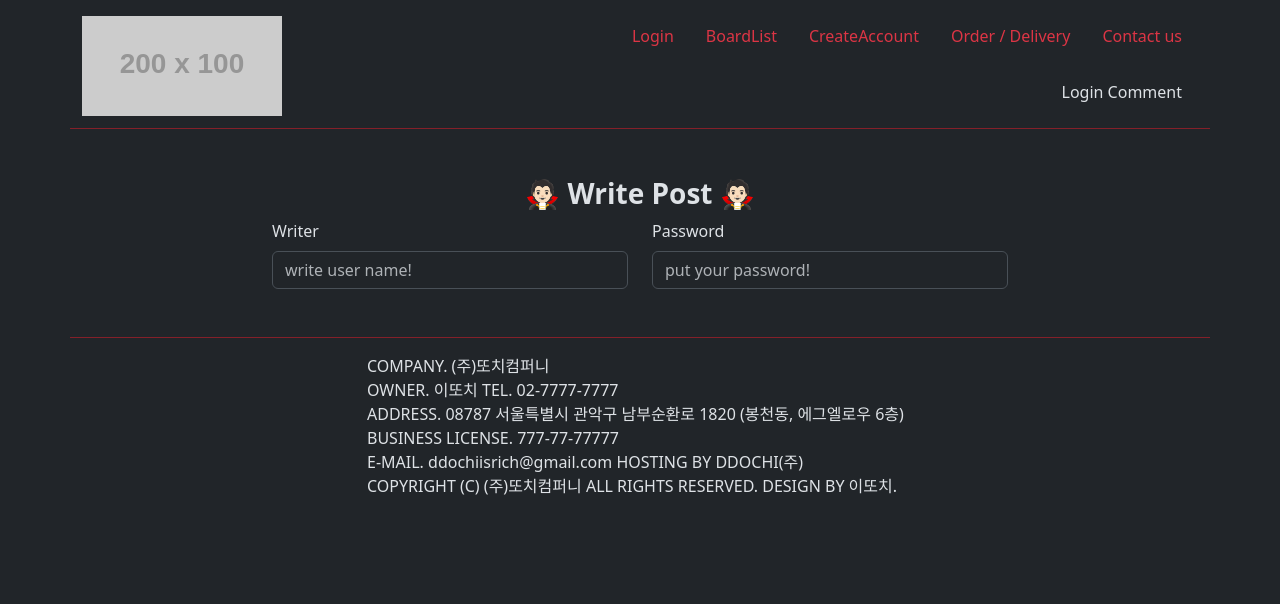
Repository: ddochiisrich/Ddochi-Web
Page: http://localhost/JSPClassCh06/writeForm
The author's editor kept a copy of each file at every save. The page is drawn from the files as they stood at one save, then again after the next save.
The browser window is 1280 px wide. The pictures show the whole page.
The page is served by Tomcat 9. Other server files are loaded and not shown.

Above is the page before, as saved 2024-04-11 04:45:34.

### JSPClassCh06/src/main/webapp/WEB-INF/board/writeForm.jsp
<%@ page language="java" contentType="text/html; charset=UTF-8"
	pageEncoding="UTF-8"%>
<%@ page import="java.sql.*"%>
<%@ page import="java.util.*"%>
<%@ page import="com.jspstudy.ch06.vo.*"%>
<%@ taglib prefix="c" uri="http://java.sun.com/jsp/jstl/core"%>

<!DOCTYPE html>
<html lang="ko" data-bs-theme="dark">
<head>
<meta charset="UTF-8">
<meta name="viewport" content="width=device-width, initial-scale=1">
<title>🧛🏻 Board List 🧛🏻</title>
<link href="bootstrap/bootstrap.min.css" rel="stylesheet">
</head>
<body>
	<div class="container">
		<!-- header start -->
		<%@ include file="../pages/header.jsp"%>
		<!-- header end -->

		<!-- content start -->
		<div class="row my-5" id="global-content">
			<div class="col">
				<div class="row">
					<div class="col">
						<H1 class="text-center fw-bold fs-3">🧛🏻 Write Post 🧛🏻</H1>
					</div>
				</div>
				<form name="writeForm" id="writeForm" action="writeProcess"
					method="post" class="row border-danger">
					<div class="col-md-4 offset-2">
						<label for="writer" class="form-label">Writer</label> <input type="text" class="form-control" id="writer" name="writer" placeholder="write user name!">
					</div>
					<div class="col-md-4">
						<label for="pass" class="form-label">Password</label> <input type="password" class="form-control" id="pass" name="pass" placeholder="put your password!">
					</div>
				</form>

			</div>
		</div>
		<!-- content end -->

		<!-- footer start -->
		<%@ include file="../pages/footer.jsp"%>
		<!-- footer end -->
		<script src="bootstrap/bootstrap.bundle.min.js"></script>
	</div>
</body>
</html>

### JSPClassCh06/src/main/webapp/WEB-INF/pages/header.jsp
<%@ page language="java" contentType="text/html; charset=UTF-8"
    pageEncoding="UTF-8"%>
<!DOCTYPE html>
<html>
<head>
<meta charset="UTF-8">
<title>Insert title here</title>
</head>
<body>
	<div class="row border-bottom border-danger-subtle pt-3">
			<div class="col-4">
				<img
					src="https://via.placeholder.com/200X100/DC3645/ffffff ?Text=Digital.com">️
			</div>
			<div class="col-8">
				<div class="row">
					<div class="col">
						<ul class="nav justify-content-end">
							<li class="nav-item"><a class="nav-link active link-danger"
								aria-current="page" href="#">Login</a></li>
							<li class="nav-item"><a class="nav-link link-danger"
								href="boardList">BoardList</a></li>
							<li class="nav-item"><a class="nav-link link-danger"
								href="#">CreateAccount</a></li>
							<li class="nav-item"><a class="nav-link link-danger"
								href="#">Order / Delivery</a></li>
							<li class="nav-item"><a class="nav-link link-danger"
								href="#">Contact us</a></li>
						</ul>
					</div>
				</div>
				️
				<div class="row">
					<div class="col text-end me-3">Login Comment</div>
				</div>
				️
			</div>
		</div>
</body>
</html>

### JSPClassCh06/src/main/webapp/WEB-INF/pages/footer.jsp
<%@ page language="java" contentType="text/html; charset=UTF-8"
    pageEncoding="UTF-8"%>
<!DOCTYPE html>
<html>
<head>
<meta charset="UTF-8">
<title>Insert title here</title>
</head>
<body>
	<div class="row my-5 border-top border-danger-subtle"
			id="global-footer">
			<!-- footer -->

			<div class="col-3"></div>

			<div class="col-6 text-center py-3">
				<p class="text-start">
					COMPANY. (주)또치컴퍼니<br> OWNER. 이또치 TEL. 02-7777-7777<br>
					ADDRESS. 08787 서울특별시 관악구 남부순환로 1820 (봉천동, 에그엘로우 6층)<br>
					BUSINESS LICENSE. 777-77-77777 <br>
					E-MAIL. ddochiisrich@gmail.com HOSTING BY DDOCHI(주)<br>
					COPYRIGHT (C) (주)또치컴퍼니 ALL RIGHTS RESERVED. DESIGN BY 이또치.<br>
				</p>
				️
			</div>

			<div class="col-3"></div>

		</div>
</body>
</html>

### JSPClassCh06/src/main/java/com/jspstudy/ch06/controller/BoardWriteFormController.java
package com.jspstudy.ch06.controller;

import java.io.IOException;

import javax.servlet.RequestDispatcher;
import javax.servlet.ServletException;
import javax.servlet.annotation.WebServlet;
import javax.servlet.http.HttpServlet;
import javax.servlet.http.HttpServletRequest;
import javax.servlet.http.HttpServletResponse;

@WebServlet("/writeForm")
public class BoardWriteFormController extends HttpServlet {

	@Override
	protected void doGet(HttpServletRequest request, HttpServletResponse response) throws ServletException, IOException {

		RequestDispatcher rd = request.getRequestDispatcher("/WEB-INF/board/writeForm.jsp");
		rd.forward(request, response);
	}



}

Loaded but not shown: JSPClassCh06/src/main/webapp/bootstrap/bootstrap.min.css (library); JSPClassCh06/src/main/webapp/bootstrap/bootstrap.bundle.min.js (library)

After the next save:
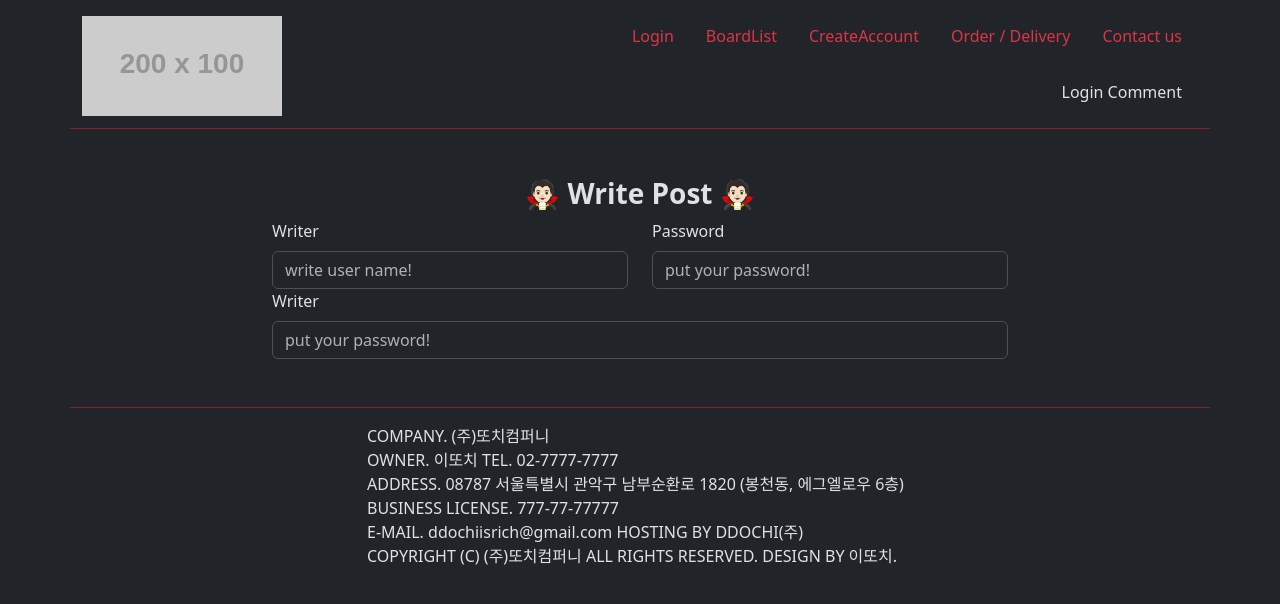
Saved 76 s later.
--- a/JSPClassCh06/src/main/webapp/WEB-INF/board/writeForm.jsp
+++ b/JSPClassCh06/src/main/webapp/WEB-INF/board/writeForm.jsp
@@ -35,6 +35,9 @@
 					<div class="col-md-4">
 						<label for="pass" class="form-label">Password</label> <input type="password" class="form-control" id="pass" name="pass" placeholder="put your password!">
 					</div>
+					<div class="col-8 offset-2">
+						<label for="title" class="form-label">Writer</label> <input type="text" class="form-control" id="title" name="title" placeholder="put your password!">
+					</div>
 				</form>
 
 			</div>
